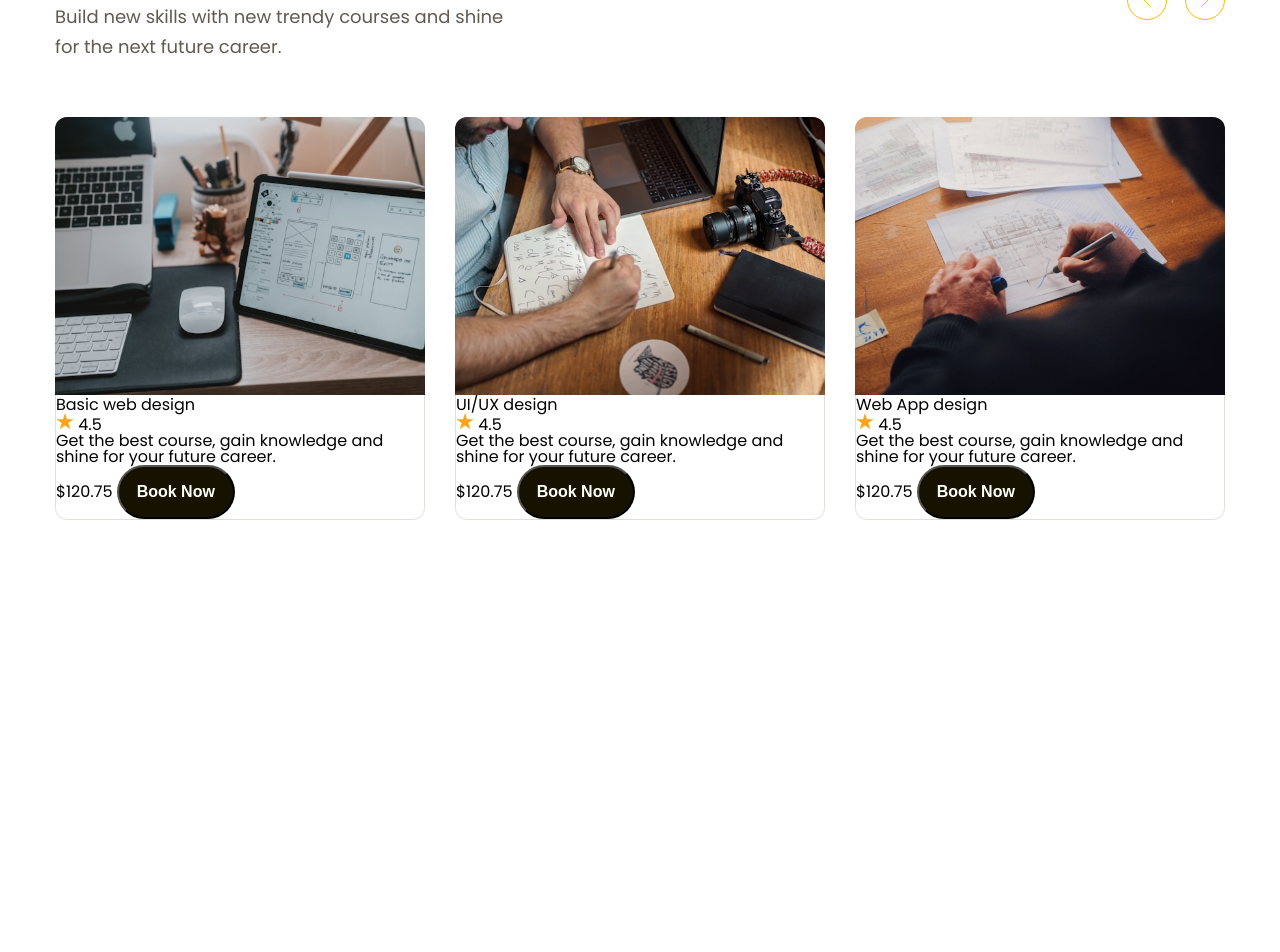
Repository: Tibi2003/f8-htmlcss-02
Page: index.html
An editor plug-in stored every save of this project. The page is shown before and after the next save, followed by the edit.
The browser window is 1280 px wide. The pictures show the part of the page from y = 1162 to 2114 px (the page is 5000 px tall).
A picture or video elsewhere on the page could not be fetched, so the positions and the page height are approximate.

Above is the page before, as saved 2024-03-07 15:44:26.

After the next save:
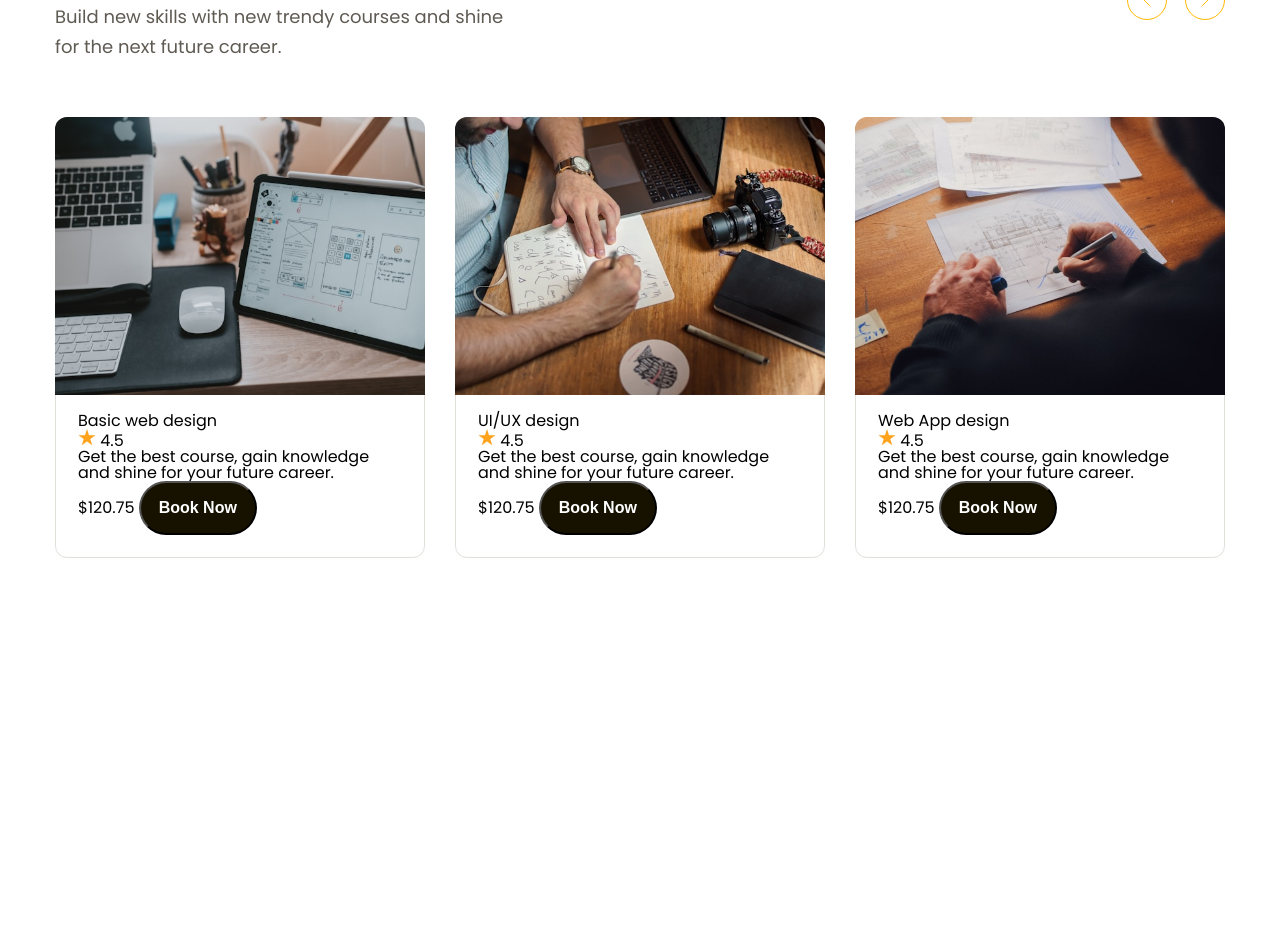
Saved 64 s later.
--- a/assets/css/styles.css
+++ b/assets/css/styles.css
@@ -329,3 +329,7 @@ a {
 	object-fit: cover;
 	border-radius: 12px 12px 0px 0px;
 }
+
+.popular .course-item .info {
+	padding: 16px 22px 22px;
+}
